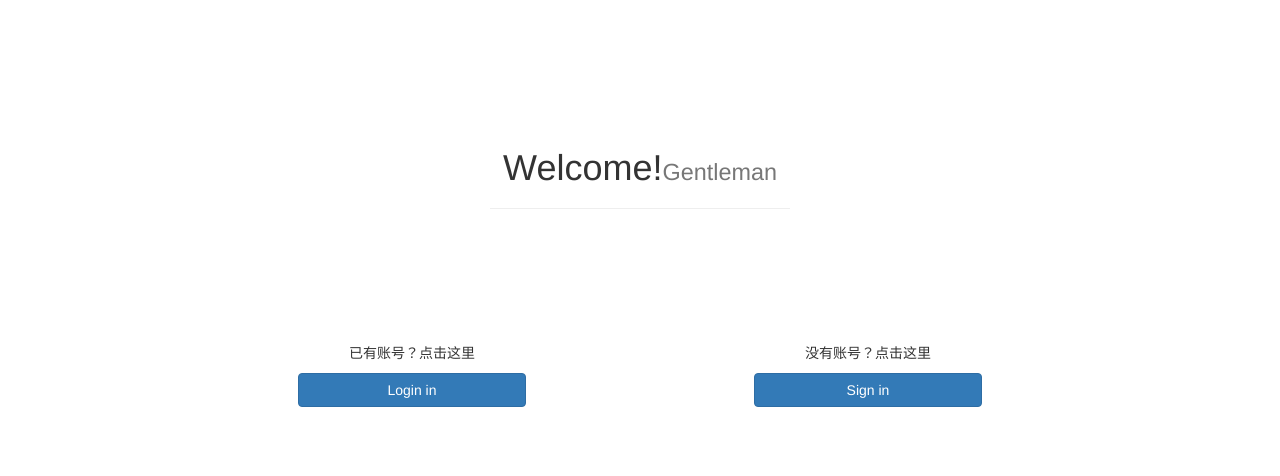
Repository: JasonBour/Beautypedia
Page: http://localhost/
The author's editor kept a copy of each file at every save. The page is drawn from the files as they stood at one save, then again after the next save.
The browser window is 1280 px wide. The pictures show the whole page.
The page is run by PHP 8.4 with error messages shown; the project is at /var/www/html/.

Above is the page before, as saved 2015-09-13 12:42:34.

After the next save:
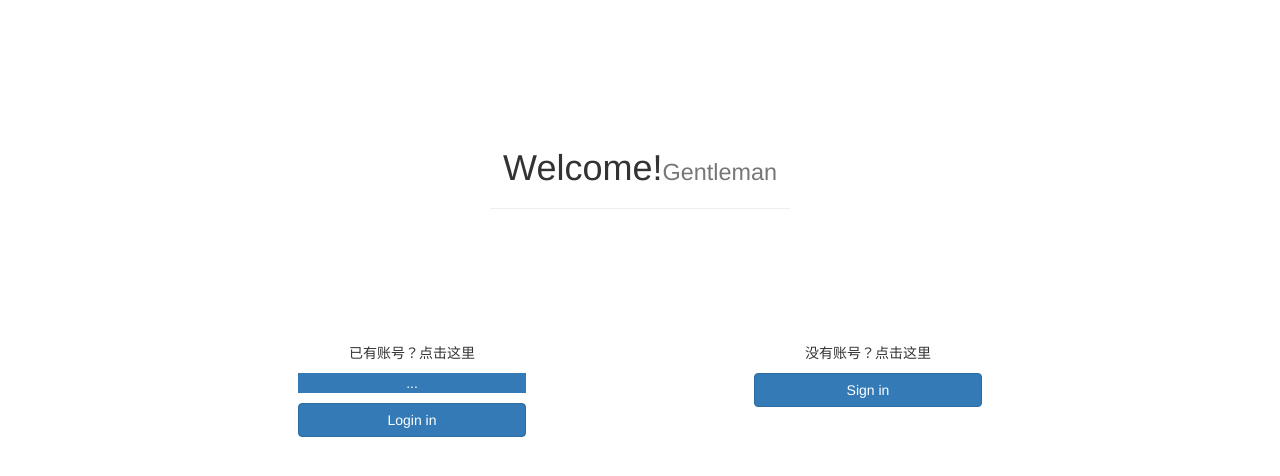
Saved 57 s later.
--- a/Beautypedia/index.php
+++ b/Beautypedia/index.php
@@ -16,6 +16,7 @@
 
   <div  class="login">
    <p>已有账号？点击这里</p>
+   <p class="bg-primary">...</p>
    <button type="button" class="btn btn-primary btn-block">Login in</button>
 
   </div>
